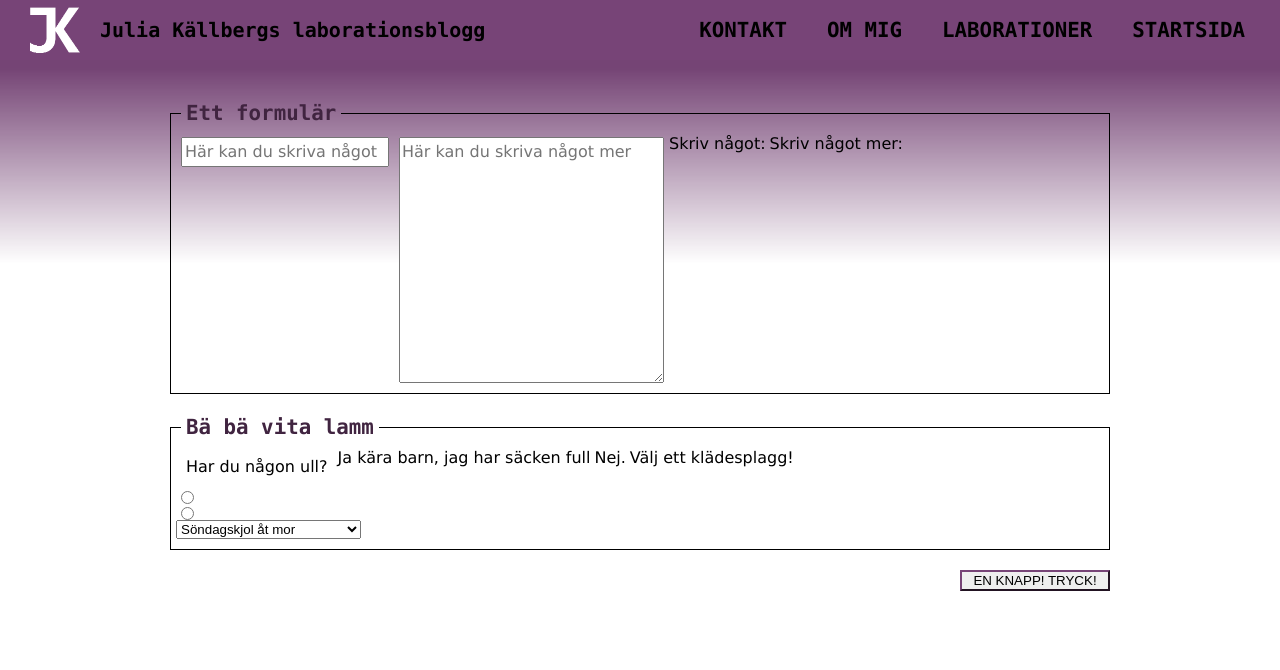
Repository: jk222rp/1ik415-laborationer-2014
Page: pages/kontakt.html
The author's editor kept a record of every edit. The page is drawn from the files as they stood at one moment, then again after the next edit.
The browser window is 1280 px wide. The pictures show the whole page.

Above is the page before.

After the next edit:
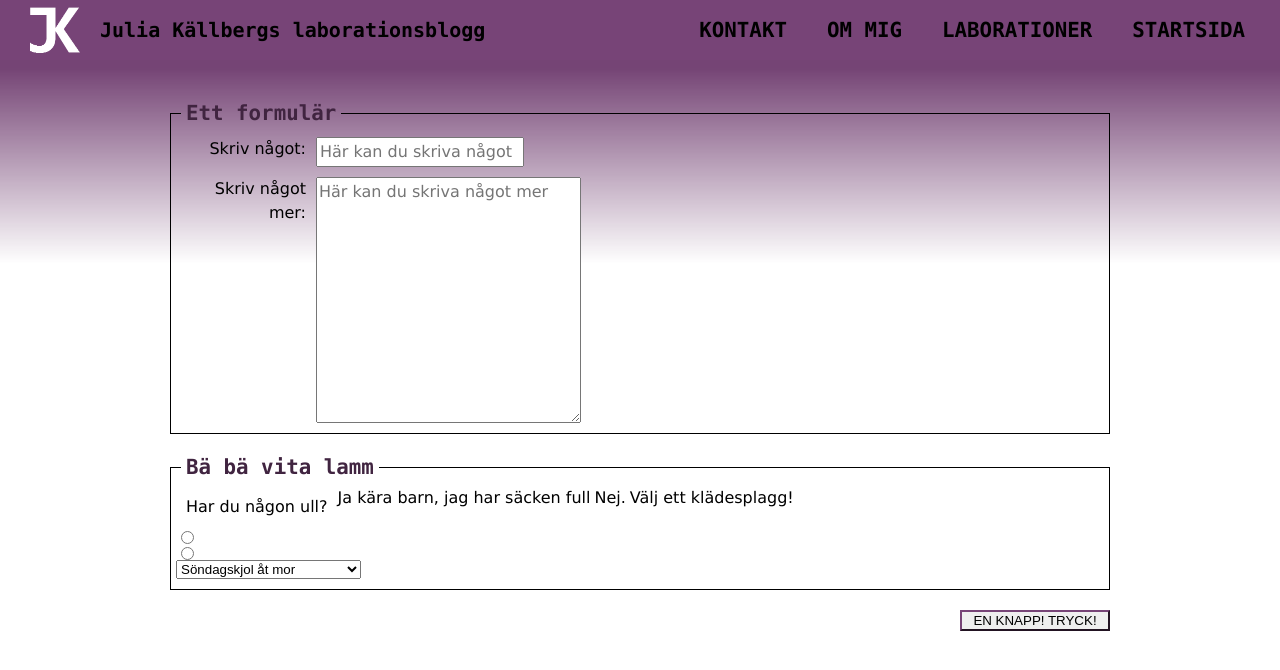
The edit:
--- a/pages/kontakt.html
+++ b/pages/kontakt.html
@@ -28,7 +28,7 @@
                 <form action="http://voyager.lnu.se/tekinet/kurser/dtt/wp_webbintro/form.php" method="post">
 
     <!--Form first part-->
-                    <fieldset>
+                    <fieldset id="form1">
                         <legend>Ett formulär</legend>
 
                         <label for="text">Skriv något:</label>
